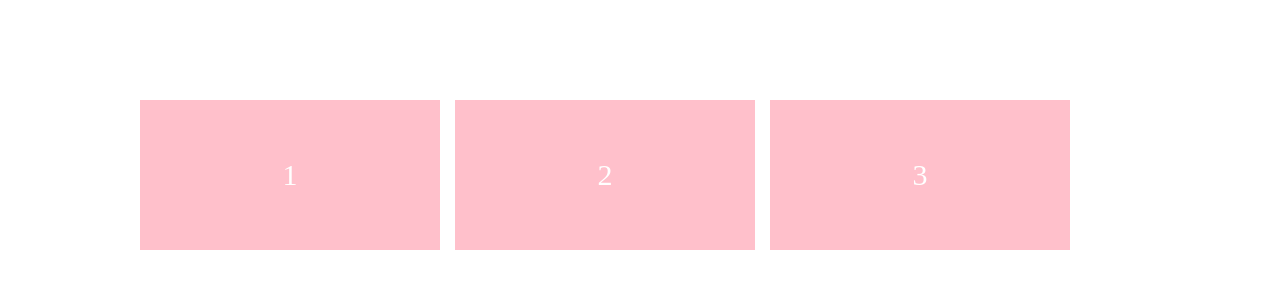
Repository: Germtao/Web
Page: web_css/css3_动画.html
The author's editor kept a copy of each file at every save. The page is drawn from the files as they stood at one save, then again after the next save.
The browser window is 1280 px wide. The pictures show the whole page.

Above is the page before, as saved 2020-11-03 10:21:18.

After the next save:
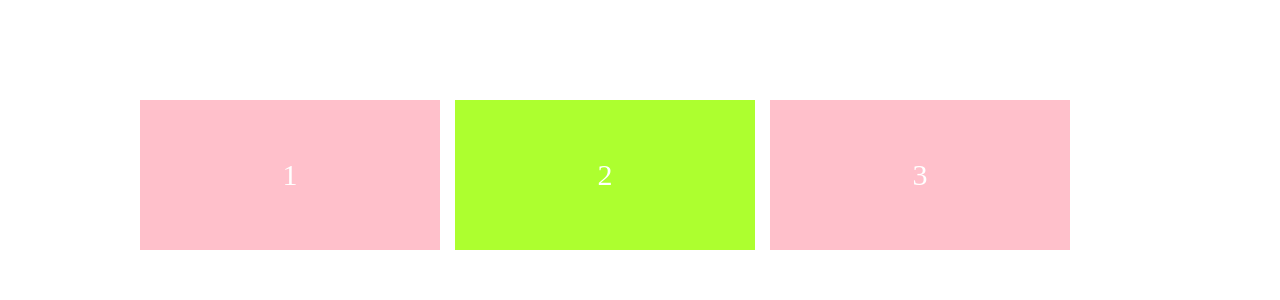
Saved 28 s later.
--- a/web_css/css3_动画.html
+++ b/web_css/css3_动画.html
@@ -99,6 +99,11 @@
       text-align: center;
       font: 400 30px/150px "宋体";
     }
+
+    .box .box2 {
+      background-color: greenyellow;
+      transition: all 1s;
+    }
   </style>
 </head>
 
